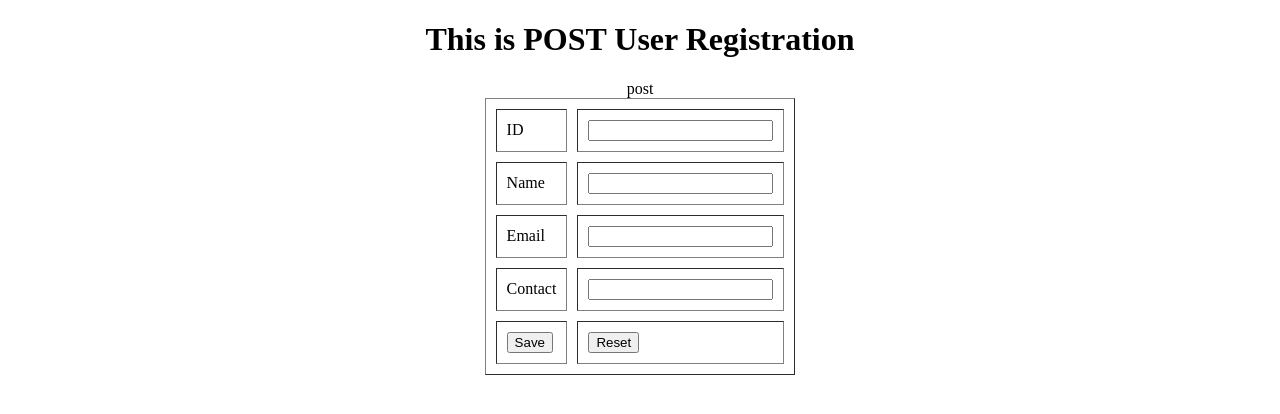
Repository: Pradeep4802/utopiatech
Page: eclipse-workspace/DevelearnUSerManagement/src/main/webapp/register1.html
An editor plug-in stored every save of this project. The page is shown before and after the next save, followed by the edit.
The browser window is 1280 px wide. The pictures show the whole page.

Above is the page before, as saved 2023-10-10 08:44:38.

### eclipse-workspace/DevelearnUSerManagement/src/main/webapp/register1.html
<!DOCTYPE html>
<html>
<head>
<meta charset="ISO-8859-1">
<title>Insert title here</title>
</head>
<body>
	<div align="center">
		<h1>This is POST User Registration</h1>

post			<table border="1" cellspacing="10" cellpadding="10">
				<tr>
					<td>ID</td>
					<td><input type="text" name="id"></td>
				</tr>

				<tr>
					<td>Name</td>
					<td><input type="text" name="name"></td>
				</tr>

				<tr>
					<td>Email</td>
					<td><input type="text" name="email"></td>
				</tr>

				<tr>
					<td>Contact</td>
					<td><input type="text" name="contact"></td>
				</tr>

				<tr>
					<td><input type="submit" value="Save"></td>
					<td><input type="reset" value="Reset"></td>
				</tr>
			</table>
		</form>
	</div>
</body>
</html>

After the next save:
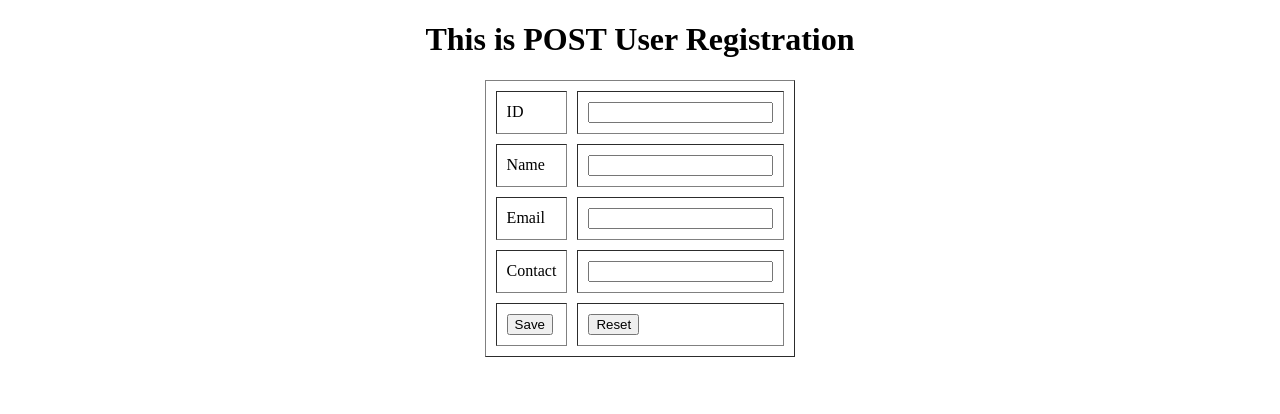
Saved 7 s later.
--- a/eclipse-workspace/DevelearnUSerManagement/src/main/webapp/register1.html
+++ b/eclipse-workspace/DevelearnUSerManagement/src/main/webapp/register1.html
@@ -8,7 +8,8 @@
 	<div align="center">
 		<h1>This is POST User Registration</h1>
 
-post			<table border="1" cellspacing="10" cellpadding="10">
+		<form action="UserServlet" method="post">
+			<table border="1" cellspacing="10" cellpadding="10">
 				<tr>
 					<td>ID</td>
 					<td><input type="text" name="id"></td>
